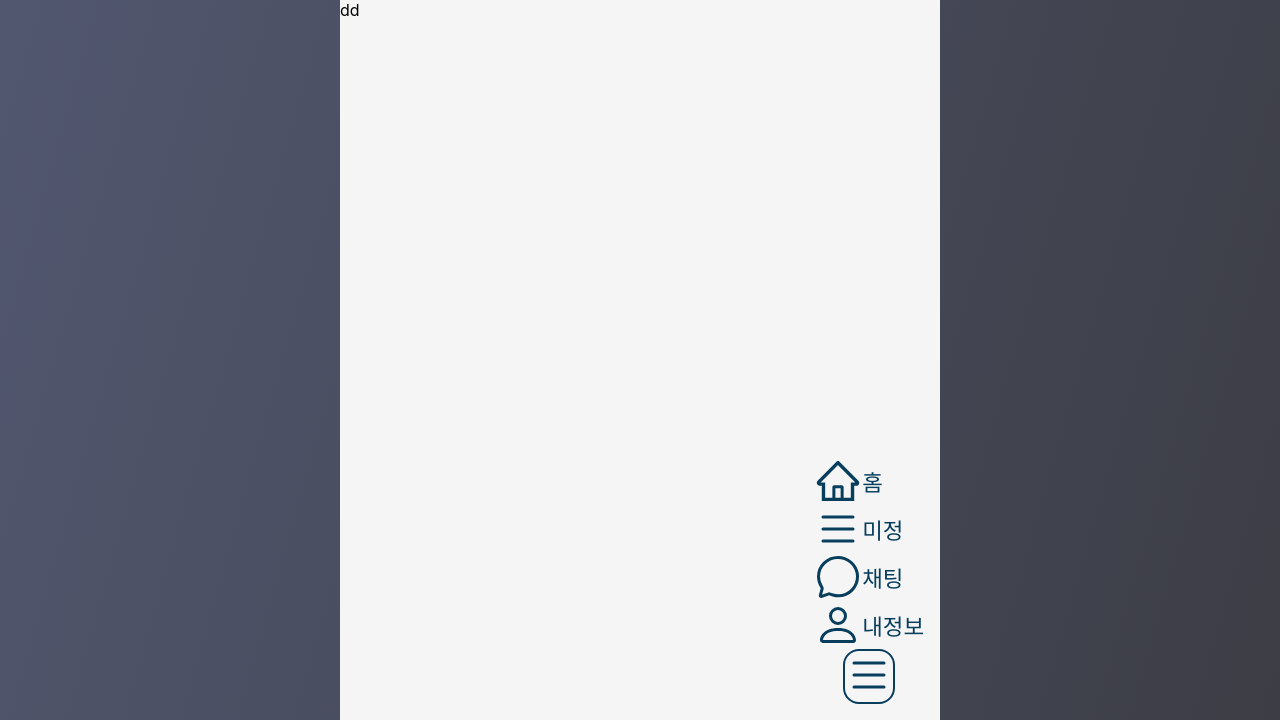
Repository: SeungYn/hanium
Page: /
An editor plug-in stored every save of this project. The page is shown before and after the next save, followed by the edit.
The browser window is 1280 px wide. The pictures show the whole page.
The project was rebuilt for these pictures with package versions that can differ from the ones it lists, and the page was loaded fresh each time. Also part of the build but not shown: src/App.css, src/components/ReadPopup/ReadPopup.module.css, src/components/ReadPopup/ReadPopup.jsx, src/pages/login/Login.jsx.

Above is the page before, as saved 2022-10-27 13:35:27.

After the next save:
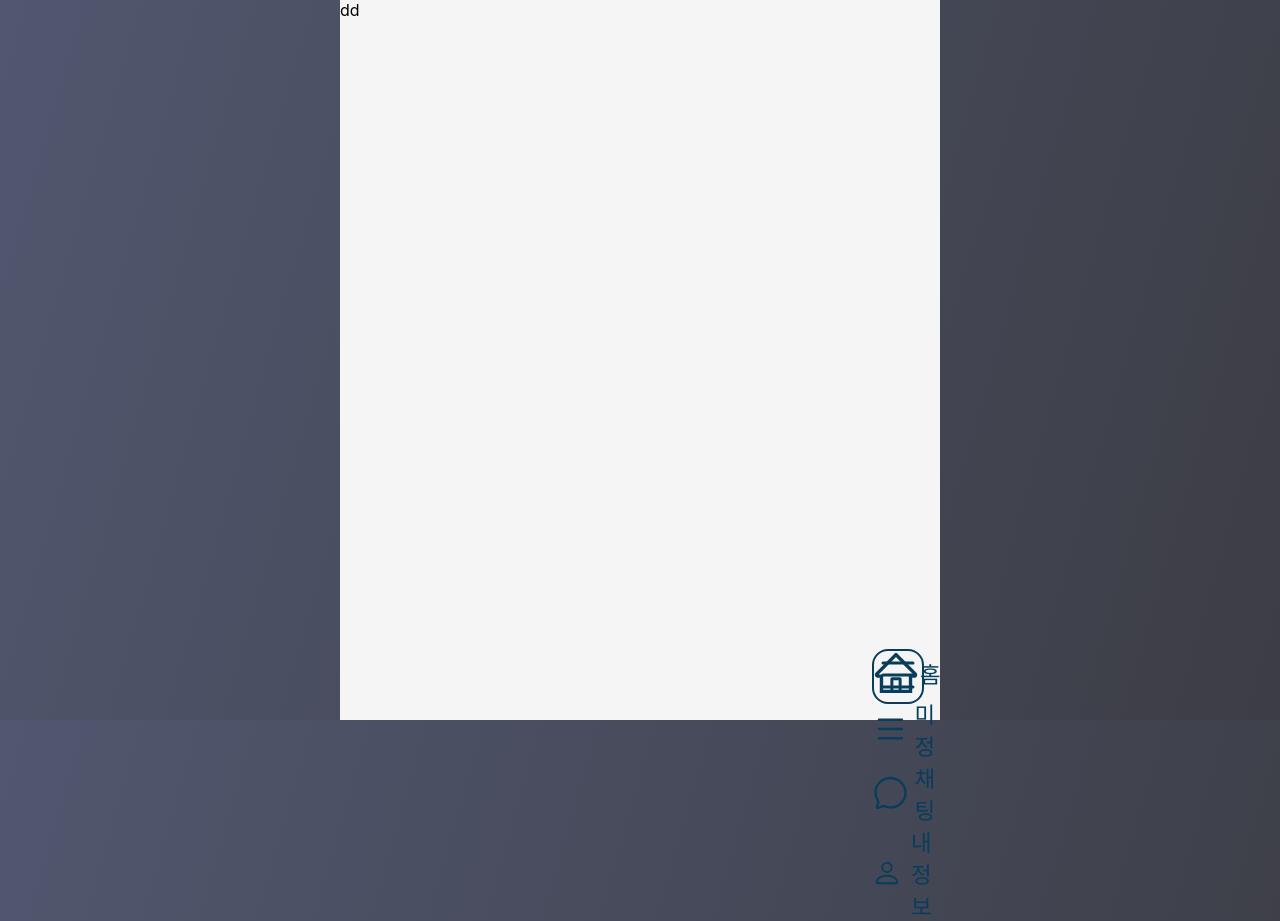
Saved 12 s later.
--- a/src/components/Navbar/Navbar.module.css
+++ b/src/components/Navbar/Navbar.module.css
@@ -19,10 +19,10 @@
   /* opacity: 0;
   pointer-events: none;
   transition: all 0.1s ease-out; */
-
+  position: absolute;
   transition: height 1s ease-out;
   overflow: hidden;
-  top: 200px;
+
   min-height: 0;
 }
 
